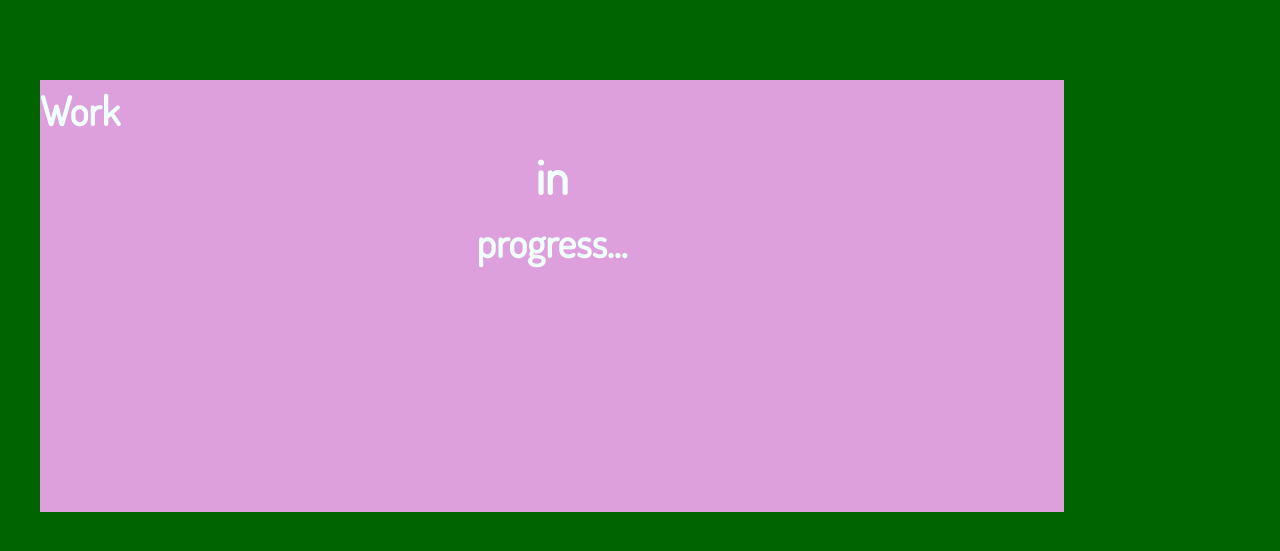
Repository: NollieChtn6/NollieChtn6.github.io
Page: index.html
An editor plug-in stored every save of this project. The page is shown before and after a run of saves, followed by the edit.
The browser window is 1280 px wide. The pictures show the whole page.

Above is the page before, as saved 2023-11-10 18:11:52.

After the next 2 saves:
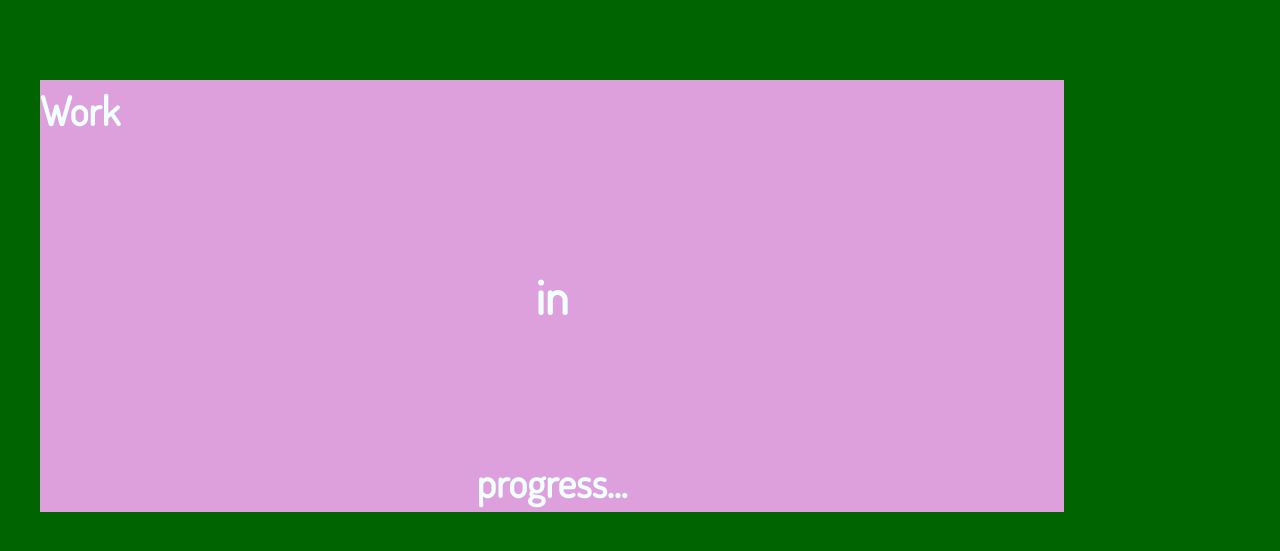
The 2 saves are shown as one change because they came seconds apart.
The last was saved 16 s later.
--- a/css/style.css
+++ b/css/style.css
@@ -59,7 +59,7 @@ h1 {
   font-size: 4rem;
   background-color: plum;
   color: azure;
-  align-items: space-between;
+  justify-content:  space-between;
 }
 
 .main__title--level-1 {
